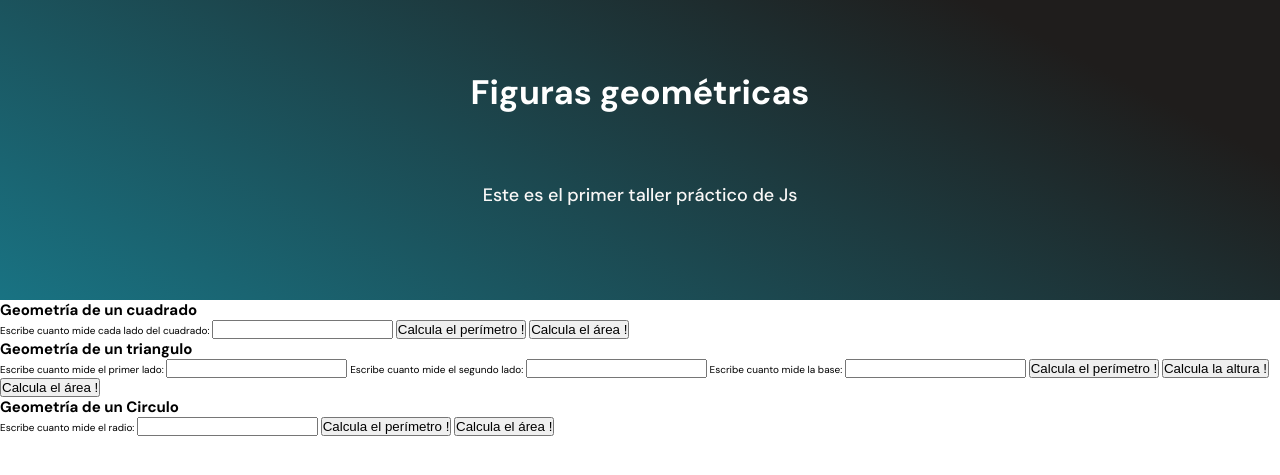
Repository: ChristianGecchelin/javascript-project
Page: javascript-project/figuras-geometricas/figuras.html
The author's editor kept a copy of each file at every save. The page is drawn from the files as they stood at one save, then again after the next save.
The browser window is 1280 px wide. The pictures show the whole page.

Above is the page before, as saved 2021-12-01 21:33:43.

After the next save:
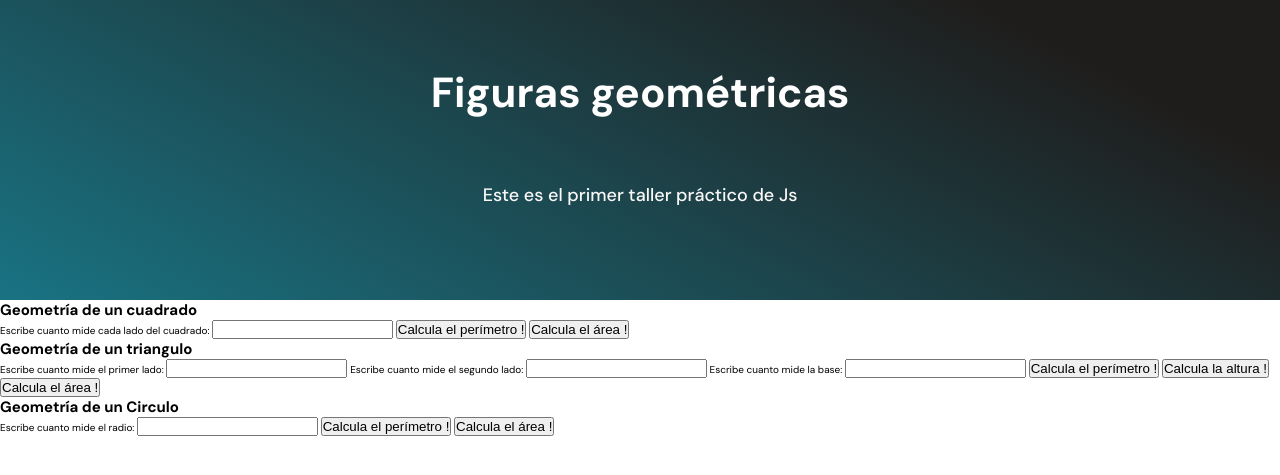
Saved 80 s later.
--- a/javascript-project/figuras-geometricas/style.css
+++ b/javascript-project/figuras-geometricas/style.css
@@ -40,7 +40,7 @@
 header .header--title-container h1 {
   margin-top: 30px;
   margin-bottom: 80px;
-  font-size: 3.4rem;
+  font-size: 4.2rem;
   font-weight: 700;
   line-height: 2.6rem;
   color: var(--just-white);

After the save that followed:
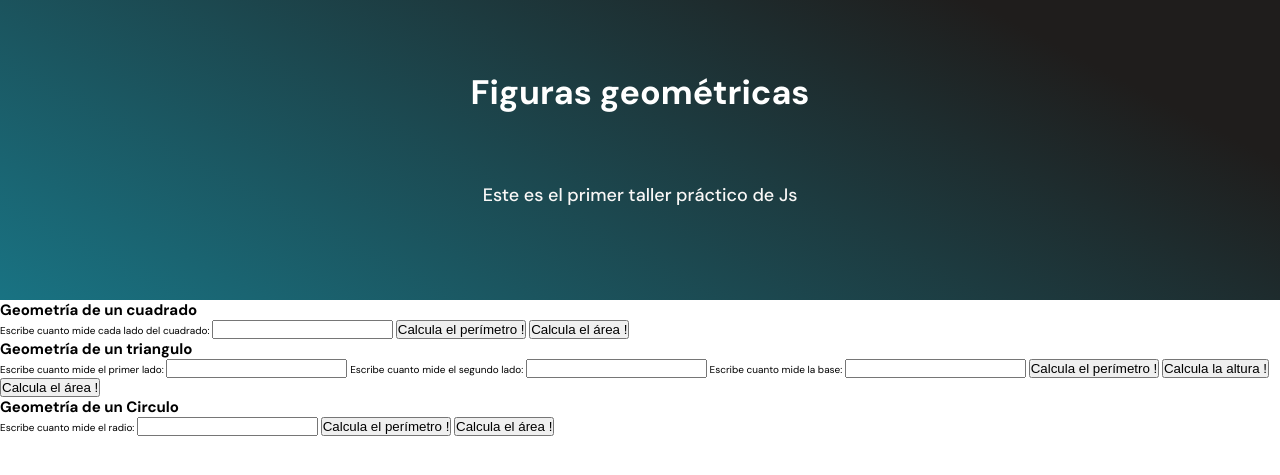
Saved 37 s later.
--- a/javascript-project/figuras-geometricas/style.css
+++ b/javascript-project/figuras-geometricas/style.css
@@ -40,7 +40,7 @@
 header .header--title-container h1 {
   margin-top: 30px;
   margin-bottom: 80px;
-  font-size: 4.2rem;
+  font-size: 3.4rem;
   font-weight: 700;
   line-height: 2.6rem;
   color: var(--just-white);
